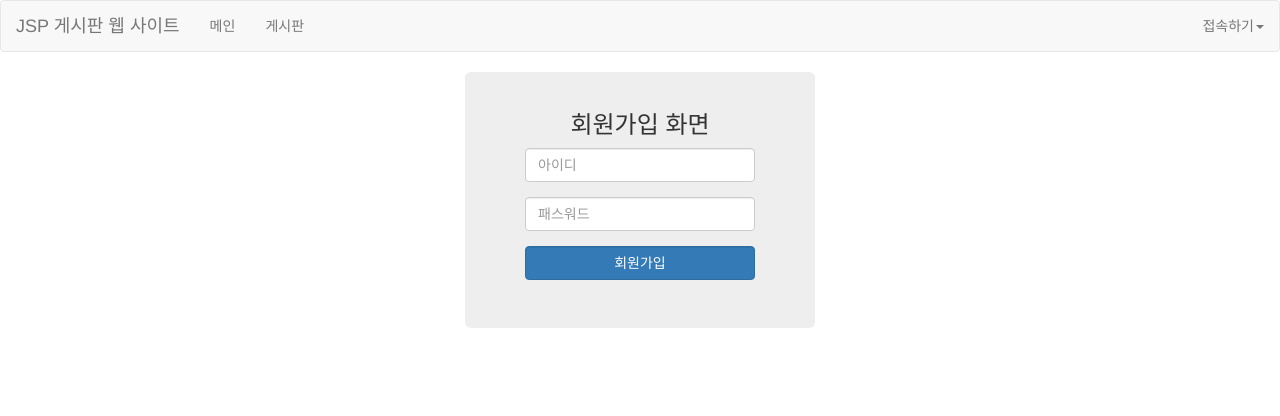
Repository: jsj961/bulletin-board-system
Page: http://localhost/BBS/join.jsp
The author's editor kept a copy of each file at every save. The page is drawn from the files as they stood at one save, then again after the next save.
The browser window is 1280 px wide. The pictures show the whole page.
Some web libraries are served in a nearby version. The page is served by Tomcat 9.

Above is the page before, as saved 2021-06-30 09:09:33.

After the next save:
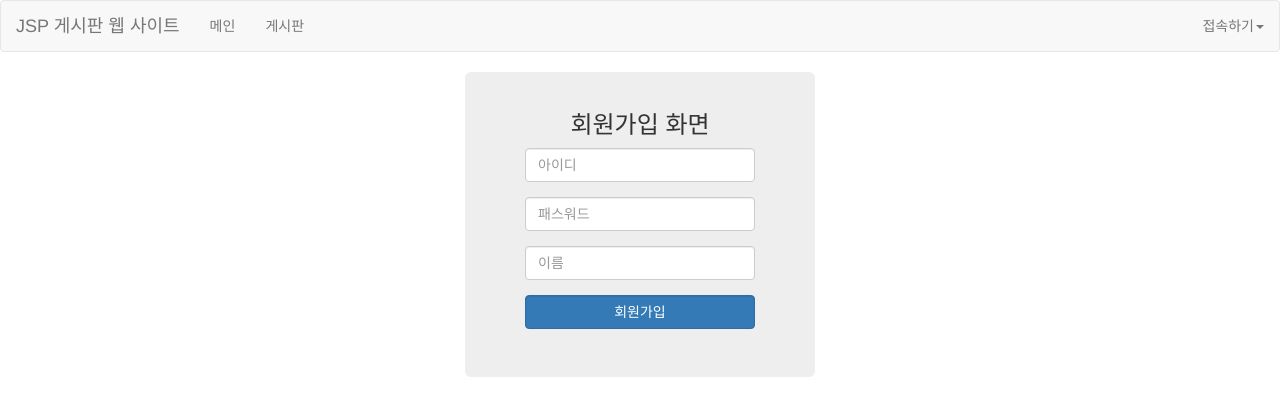
Saved 76 s later.
--- a/BBS/src/main/webapp/join.jsp
+++ b/BBS/src/main/webapp/join.jsp
@@ -50,6 +50,9 @@
 					<div class="form-group">
 						<input type="password" class="form-control" placeholder="패스워드" name="userPassword" maxlength="20">
 					</div>
+					<div class="form-group">
+						<input type="password" class="form-control" placeholder="이름" name="userPassword" maxlength="20">
+					</div>
 					<input type="submit" class="btn btn-primary form-control" value="회원가입">
 				</form>
 			</div>
